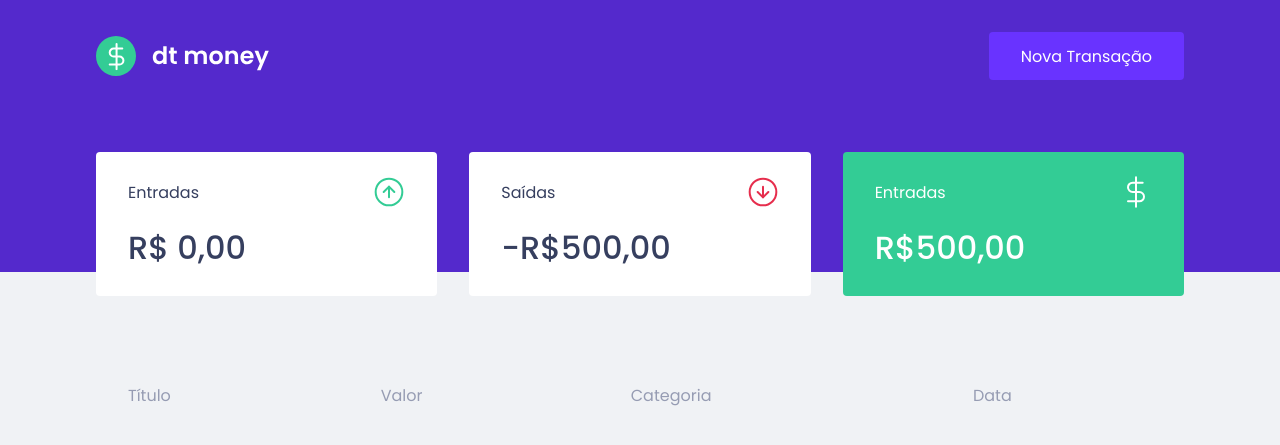
Repository: FreitasGabriel/dtmoney
Page: /
The author's editor kept a copy of each file at every save. The page is drawn from the files as they stood at one save, then again after the next save.
The browser window is 1280 px wide. The pictures show the whole page.
The page's requests for data from a server got no answer. The project was rebuilt for these pictures with package versions that can differ from the ones it lists, and the page was loaded fresh each time. No one was signed in, and anything a server would have sent is missing.

Above is the page before, as saved 2021-03-20 18:54:03.

### public/index.html
<!DOCTYPE html>
<html lang="en">

<head>
    <link rel="preconnect" href="https://fonts.gstatic.com">
    <meta charset="UTF-8">
    <meta name="viewport" content="width=device-width, initial-scale=1.0">
    <link rel="shortcut icon" href="favicon.png" type="image/png">
    <link href="https://fonts.googleapis.com/css2?family=Poppins:wght@400;500;600&display=swap" rel="stylesheet">
    <title>DT Money</title>
</head>

<body>
    <div id="root"></div>
</body>

</html>

### src/index.tsx
import React from 'react';
import ReactDOM from 'react-dom';
import { createServer, Model } from 'miragejs'
import App from './App';

createServer({

  models: {
    transaction: Model,
  },

  seeds(server) {
    server.db.loadData({
      transactions: [{
        id: 1,
        title: 'Freelance de website',
        type: 'deposit',
        category: 'dev',
        amount: 6000,
        createdAt: new Date('2021-02-12 09:00:00')
      }, {
        id: 2,
        title: 'Aluguel',
        type: 'withdraw',
        category: 'casa',
        amount: 1000,
        createdAt: new Date('2021-02-14 09:00:00')
      }],
    })
  },

  routes() {
    this.namespace = 'api'

    this.get('/transactions', () => {
      return this.schema.all('transaction')
    })

    this.post('/transactions', (schema, request) => {
      const data = JSON.parse(request.requestBody)

      return schema.create('transaction', data)
    })
  }
})

ReactDOM.render(
  <React.StrictMode>
    <App />
  </React.StrictMode>,
  document.getElementById('root')
);

### src/App.tsx
import { useState } from 'react';
import Modal from 'react-modal';
import { Dashboard } from "./components/Dashboard";
import { Header } from "./components/Header";
import { NewTransactionModal } from './components/NewTransactionModal';

import { GlobalStyle } from "./styles/global"
import { TransactionsProvider } from './TransactionsContext';

Modal.setAppElement('#root')

export default function App() {

  const [isNewTransactionModalOpen, setIsNewTransactionModalOpen] = useState(false)

  function handleOpenNewTransactionModal() {
    setIsNewTransactionModalOpen(true)
  }

  function handleCloseNewTransactionModal() {
    setIsNewTransactionModalOpen(false)
  }

  return (
    <TransactionsProvider >
      <Header onOpenNewTransactionModal={handleOpenNewTransactionModal} />
      <Dashboard />
      <NewTransactionModal
        isOpen={isNewTransactionModalOpen}
        onRequestClose={handleCloseNewTransactionModal}
      />
      <GlobalStyle />
    </TransactionsProvider>
  );
}

### src/components/Dashboard/index.tsx
import { Summary } from '../Summary'
import { TransactionsTable } from '../TransactionsTable'
import { Container } from './styles'

export function Dashboard() {
    return (
        <Container>
            <Summary />
            <TransactionsTable />
        </Container>
    )
}

### src/components/Header/index.tsx
import logoImg from "../../assets/logo.svg"
import { Container, Content } from "./styles"

interface HeaderProps {
    onOpenNewTransactionModal: () => void
}

export function Header({ onOpenNewTransactionModal }: HeaderProps) {


    return (
        <Container>
            <Content>
                <img src={logoImg} alt="dt money" />
                <button type="button" onClick={onOpenNewTransactionModal}>
                    Nova Transação
                </button>


            </Content>
        </Container>
    )
}

### src/components/NewTransactionModal/index.tsx
import { useState, FormEvent, useContext } from 'react'
import Modal from 'react-modal'
import closeImg from '../../assets/close.svg';
import incomeImg from '../../assets/income.svg';
import outcomeImg from '../../assets/outcome.svg';
import { api } from '../../services/api';
import { TransactionsContext } from '../../TransactionsContext';
import { Container, TransactionTypeContainer, RadioBox } from "./styles";

interface NewTransactionModalProps {
    isOpen: boolean;
    onRequestClose: () => void;
}

export function NewTransactionModal({ isOpen, onRequestClose }: NewTransactionModalProps) {

    const { createTransaction } = useContext(TransactionsContext)

    const [title, setTitle] = useState('');
    const [amount, setAmount] = useState(0);
    const [category, setCategory] = useState('');
    const [type, setType] = useState('deposit')

    async function handleCreateNewTransaction(e: FormEvent) {
        e.preventDefault()

        await createTransaction({
            title, amount, category, type
        })

        onRequestClose()
        setTitle('')
        setAmount(0)
        setCategory('')
        setType('deposit')
    }

    return (
        <Modal
            isOpen={isOpen}
            onRequestClose={onRequestClose}
            overlayClassName="react-modal-overlay"
            className="react-modal-content"
        >
            <button
                className="react-modal-close"
                type="button"
                onClick={onRequestClose}
            >
                <img src={closeImg} alt="Fechar modal" />
            </button>

            <Container onSubmit={handleCreateNewTransaction}>
                <h2>Cadastrar Transação</h2>

                <input
                    placeholder="Título"
                    value={title}
                    onChange={e => setTitle(e.target.value)}
                />
                <input
                    type="number"
                    placeholder="Valor"
                    value={amount}
                    onChange={e => setAmount(Number(e.target.value))}
                />

                <TransactionTypeContainer>
                    <RadioBox
                        type="button"
                        onClick={() => setType('deposit')}
                        isActive={type === 'deposit'}
                        activeColor="green"
                    >
                        <img src={incomeImg} alt="Entrada" />
                        <span>Entrada</span>
                    </RadioBox>

                    <RadioBox
                        type="button"
                        onClick={() => setType('withdraw')}
                        isActive={type === 'withdraw'}
                        activeColor="red"
                    >
                        <img src={outcomeImg} alt="Saída" />
                        <span>Saída</span>
                    </RadioBox>
                </TransactionTypeContainer>

                <input
                    placeholder="Categoria"
                    value={category}
                    onChange={e => setCategory(e.target.value)}
                />
                <button type="submit">
                    Cadastrar
                </button>
            </Container>
        </Modal>
    )
}

### src/styles/global.ts
import { createGlobalStyle } from 'styled-components'

export const GlobalStyle = createGlobalStyle`

    :root {
        --background: #F0F2F5;
        --shape: #FFFFFF;

        --red: #E52E4D;
        --green: #33CC95;
        --blue: #5429CC;

        --blue-light: #6933FF;
        --text-title: #363F5F;
        --text-body: #969CB3;

    }

    * {
        margin: 0;
        padding: 0;
        box-sizing: border-box;
    }

    //font-size: 16px - padrão(Desktop)
    html {
        @media(max-width: 1080px){
            font-size: 93.75%; // Vai fazer com que o font-size tenha 15px
        }

        @media(max-width: 720px){
            font-size: 87.5%; // Vai fazer com que o font-size tenha 14px
        }
    }

    // REM = 1rem = font-size padrão da página.

    body {
        background: var(--background);
        -webkit-font-smoothing: antialiased;
    }

    body, input, textarea, button {
        font-family: 'Poppins', sans-serif;
        font-weight: 400;
    }

    h1, h2, h3, h4, h5, h6, strong{
        font-weight: 600;
    }

    button {
        cursor: pointer;
    }

    [disabled] {
        opacity: 0.6;
        cursor: not-allowed;
    }

    .react-modal-overlay{
        background: rgba(0, 0, 0, 0.5);

        position: fixed;
        top: 0;
        bottom: 0;
        left: 0;
        right: 0;

        display: flex;
        align-items: center;
        justify-content: center;
    }
    .react-modal-content{
        width: 100%;
        max-width: 576px;
        background: var(--background);
        padding: 3rem;
        position: relative;
        border-radius: 0.25rem;

    }

    .react-modal-close{
        position: absolute;
        right: 1.5rem;
        top: 1.5rem;
        border: 0;
        background: transparent;

        transition: 0.2s;

        &:hover{
            filter: brightness(0.8);
        }
    }
;

`

### src/TransactionsContext.tsx
import { createContext, useState, useEffect, ReactNode } from "react"

import { api } from "./services/api";

interface Transaction {
    id: number;
    title: string;
    amount: number;
    category: string;
    type: string;
    createdAt: string;
}

type TransactionInput = Omit<Transaction, 'id' | 'createdAt'>

interface TransactionsProviderProps {
    children: ReactNode;
}

interface TransactionsContextData {
    transactions: Transaction[];
    createTransaction: (transaction: TransactionInput) => Promise<void>
}

export const TransactionsContext = createContext<TransactionsContextData>(
    {} as TransactionsContextData
)

export function TransactionsProvider({ children }: TransactionsProviderProps) {
    const [transactions, setTransactions] = useState<Transaction[]>([])

    useEffect(() => {
        api.get('/transactions')
            .then(response => setTransactions(response.data.transactions))
    }, [])

    async function createTransaction(transactionInput: TransactionInput) {
        const response = await api.post('/transactions', {
            ...transactionInput,
            createdAt: new Date(),
        })
        const { transaction } = response.data;

        setTransactions([...transactions, transaction])
    }

    return (
        <TransactionsContext.Provider value={{ transactions, createTransaction }}>
            {children}
        </TransactionsContext.Provider>
    )
}

### src/components/Summary/index.tsx
import React, { useContext } from 'react';
import incomeImg from '../../assets/income.svg'
import outcomeImg from '../../assets/outcome.svg'
import totalImg from '../../assets/total.svg'
import { TransactionsContext } from '../../TransactionsContext'

import { Container } from './styles'

export function Summary() {

    const { transactions } = useContext(TransactionsContext)

    const totalDeposits = transactions.reduce((acc, transaction) => {
        if (transaction.type === 'deposit') {
            return acc + transaction.amount
        }

        return acc
    }, 0)

    return (
        <Container>
            <div>
                <header>
                    <p>Entradas</p>
                    <img src={incomeImg} alt="Entradas" />
                </header>
                <strong>{new Intl.NumberFormat('pt-br', {
                    style: 'currency',
                    currency: 'BRL',
                }).format(totalDeposits)}</strong>
            </div>
            <div>
                <header>
                    <p>Saídas</p>
                    <img src={outcomeImg} alt="Saídas" />
                </header>
                <strong>-R$500,00</strong>
            </div>
            <div className="highlight-background">
                <header>
                    <p>Entradas</p>
                    <img src={totalImg} alt="Total" />
                </header>
                <strong>R$500,00</strong>
            </div>
        </Container>
    )
}

### src/components/TransactionsTable/index.tsx
import { useContext } from "react";
import { TransactionsContext } from "../../TransactionsContext"
import { Container } from "./styles";

export function TransactionsTable() {

    const { transactions } = useContext(TransactionsContext)

    return (
        <Container>
            <table>
                <thead>
                    <tr>
                        <th>Título</th>
                        <th>Valor</th>
                        <th>Categoria</th>
                        <th>Data</th>
                    </tr>
                </thead>
                <tbody>
                    {transactions.map((transaction) => {
                        return (
                            <tr key={transaction.id}>
                                <td>{transaction.title}</td>
                                <td className={transaction.type}>
                                    {new Intl.NumberFormat('pt-br', {
                                        style: 'currency',
                                        currency: 'BRL',
                                    }).format(transaction.amount)}
                                </td>
                                <td>{transaction.category}</td>
                                <td>
                                    {new Intl.DateTimeFormat('pt-br').format(new Date(transaction.createdAt))}
                                </td>
                            </tr>
                        )
                    })}
                </tbody>
            </table>
        </Container>
    )
}

### src/components/Dashboard/styles.ts
import styled from 'styled-components'

export const Container = styled.main`
    max-width: 1120px;
    margin: 0 auto;
    padding: 2.5rem 1rem;
`

### src/components/Header/styles.ts
import styled from 'styled-components'

export const Container = styled.header`
    background: var(--blue);
`

export const Content = styled.div`
    max-width: 1120px;
    margin: 0 auto;

    padding: 2rem 1rem 12rem;
    display: flex;
    align-items: center;
    justify-content: space-between;

    button{
        font-size: 1rem;
        color: var(--shape);
        background: var(--blue-light);
        border: 0;
        padding: 0 2rem;
        border-radius: 0.25rem;
        height: 3rem;

        transition: filter 0.2s;

        &:hover{
            filter: brightness(0.9);
        }
    }


`

### src/components/NewTransactionModal/styles.ts
import styled from 'styled-components'
import { darken, transparentize } from 'polished'

export const Container = styled.form`

    border: none;

    h2 {
        color: var(--text-title);
        font-size: 1.5rem;
        margin-bottom: 2rem;
    }

    input {
        width: 100%;
        padding: 0 1.5rem;
        height: 4rem;
        border-radius: 0.25rem;

        border: 1px solid #D7D7D7;
        background: #E7E9EE;

        font-weight: 400;
        font-size: 1rem;

        &::placeholder {
            color: var(--text-body);
        }

        & + input { //TODO IMPUT QUE TIVER UM INPUT EM CIMA, VAI TER AS PROPS ABAIXO
            margin-top: 1rem;
        }
    }

    button[type="submit"] {
        width: 100%;
        padding: 0 1.5rem;
        height: 4rem;
        background: var(--green);
        color: #FFFFFF;
        border-radius: 0.25rem;
        border: 0;
        font-size: 1rem;
        margin-top: 1.5rem;
        font-weight: 600;

        transition: 0.2s;
        &:hover{
            filter: brightness(0.9);
        }
    }
`

export const TransactionTypeContainer = styled.div`
    margin: 1rem 0;
    display: grid;
    grid-template-columns: 1fr 1fr;
    gap: 0.5rem;


`

const colors = {
    green: '#33CC95',
    red: '#E52E4D'
}

interface RadioBoxProps {
    isActive: boolean;
    activeColor: 'green' | 'red';
}

export const RadioBox = styled.button<RadioBoxProps>`

    height: 4rem;
    border: 1px solid #D7D7D7;
    border-radius: 0.25rem;

    background: ${props => props.isActive
        ? transparentize(0.9, colors[props.activeColor])
        : 'transparent'};

    display: flex;
    align-items: center;
    justify-content: center;

    transition: border-color 0.2s;

    &:hover {
        border-color: ${darken(0.1, '#D7D7D7')};
    }

    img {
        width: 20px;
        height: 20px;
    }

    span{
        display: inline-block;
        margin-left: 1rem;
        font-size: 1rem;
        color: var(--text-title);
    }

`

### src/components/Summary/styles.ts
import styled from 'styled-components'

export const Container = styled.div`
    display: grid;
    grid-template-columns: repeat(3, 1fr);
    gap: 2rem;
    margin-top: -10rem;

    div {
        background: var(--shape);
        padding: 1.5rem 2rem;
        border-radius: 0.25rem;
        color: var(--text-title);

        header {
            display: flex;
            align-items: center;
            justify-content: space-between;
        }

        strong {
            display: block;
            margin-top: 1rem;
            font-size: 2rem;
            font-weight: 500;
            line-height: 3rem;
        }

        &.highlight-background{
            background: var(--green);
            color: var(--shape);
        }
    }
`

### src/components/TransactionsTable/styles.ts
import styled from 'styled-components'

export const Container = styled.div`

    margin-top: 4rem;

    table {
        width: 100%;
        border-spacing: 0 0.5rem;

        th {
            color: var(--text-body);
            font-weight: 400;
            padding: 1rem 2rem;
            text-align: left;
            line-height: 1.5rem;
        }

        td {
            padding: 1rem 2rem;
            border: 0;
            background: var(--shape);
            color: var(--text-body);
            border-radius: 0.25rem;

            &:first-child{
                color: var(--text-title)
            }

            &.deposit{
                color: var(--green)
            }

            &.withdraw{
                color: var(--red)
            }
        }

        tbody {
            tr {
                transition: 0.2s;

                &:hover{
                    filter: brightness(0.8);
                }
            }
        }
    }
`

Loaded but not shown: src/services/api.ts (common file)

After the next save:
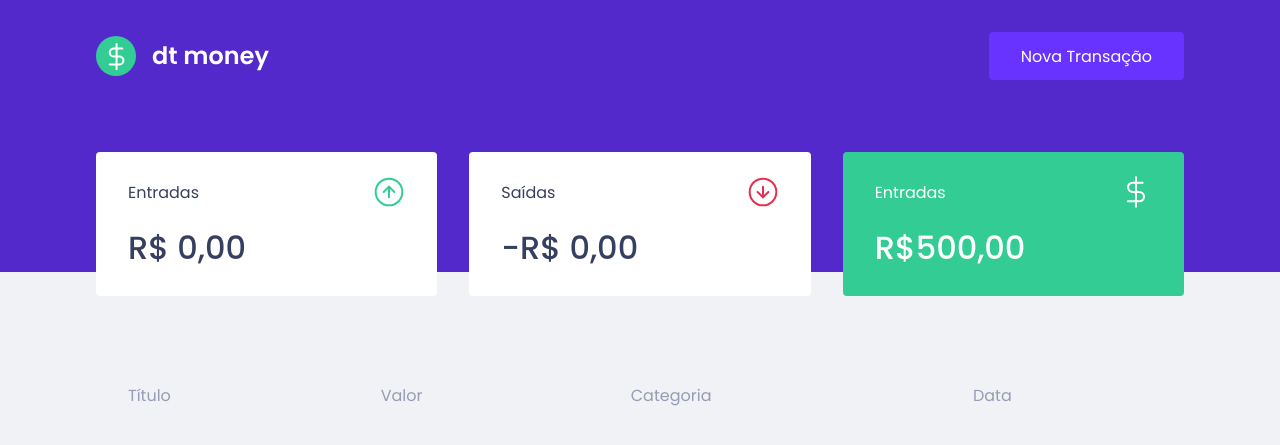
Saved 2 min 25 s later.
--- a/src/components/Summary/index.tsx
+++ b/src/components/Summary/index.tsx
@@ -13,6 +13,14 @@ export function Summary() {
     const totalDeposits = transactions.reduce((acc, transaction) => {
         if (transaction.type === 'deposit') {
             return acc + transaction.amount
+        }
+
+        return acc
+    }, 0)
+
+    const totalExit = transactions.reduce((acc, transaction) => {
+        if (transaction.type === 'withdraw') {
+            return acc - transaction.amount
         }
 
         return acc
@@ -35,7 +43,10 @@ export function Summary() {
                     <p>Saídas</p>
                     <img src={outcomeImg} alt="Saídas" />
                 </header>
-                <strong>-R$500,00</strong>
+                <strong>-{new Intl.NumberFormat('pt-br', {
+                    style: 'currency',
+                    currency: 'BRL',
+                }).format(totalExit)}</strong>
             </div>
             <div className="highlight-background">
                 <header>
